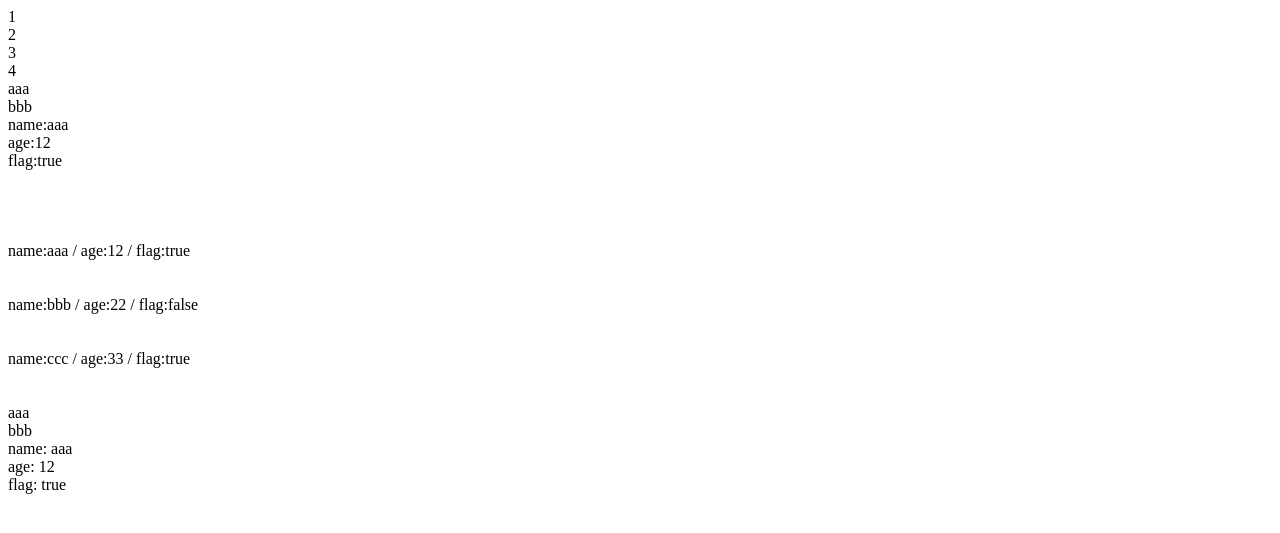
Repository: HmDol/Spring_study
Page: http://localhost/project1/javascript.jsp
An editor plug-in stored every save of this project. The page is shown before and after a run of saves, followed by the edit.
The browser window is 1280 px wide. The pictures show the whole page.
The page is served by Tomcat 10. Other server files are loaded and not shown.

Above is the page before, as saved 2023-09-06 01:23:41.

### project1/src/main/webapp/javascript.jsp
<%@ page language="java" contentType="text/html; charset=EUC-KR"
    pageEncoding="EUC-KR"%>
<!DOCTYPE html>
<html>
<head>
<meta charset="EUC-KR">
<title>Insert title here</title>
</head>
<body>

<script>
let arr = [1,2,3];
arr[3] = 4;

for(i=0;i<arr.length;i++){
	document.write(arr[i]+"<br/>");
}

let arr2 = new Array();
arr2[0] = "aaa";
arr2[1] = "bbb";

for(i=0;i<arr2.length;i++){
	document.write(arr2[i]+"<br/>");
}

let obj = {"name":"aaa", "age":12, "flag":true};
document.write("name:"+obj.name+"<br/>");
document.write("age:"+obj.age+"<br/>");
document.write("flag:"+obj.flag+"<br/>");

let arr3 = [{"name":"aaa", "age":12, "flag":true},
	{"name":"bbb", "age":22, "flag":false},
	{"name":"ccc", "age":33, "flag":true}];
	document.write("<br/><br/><br/><br/>");
for(i=0; i<arr3.length;i++){
	document.write("name:"+arr3[i].name+" / ");
	document.write("age:"+arr3[i].age+" / ");
	document.write("flag:"+arr3[i].flag);
	document.write("</br></br></br>");
}

for(let s of arr2){ // 값을 꺼내옴
	document.write(s+"</br>");
}

for(let a in obj){ // 맴버변수슬 하나씩 꺼내서 씀
	document.write(a+": "+ obj[a]+"</br>");
}
</script>

</body>
</html>

After the next 2 saves:
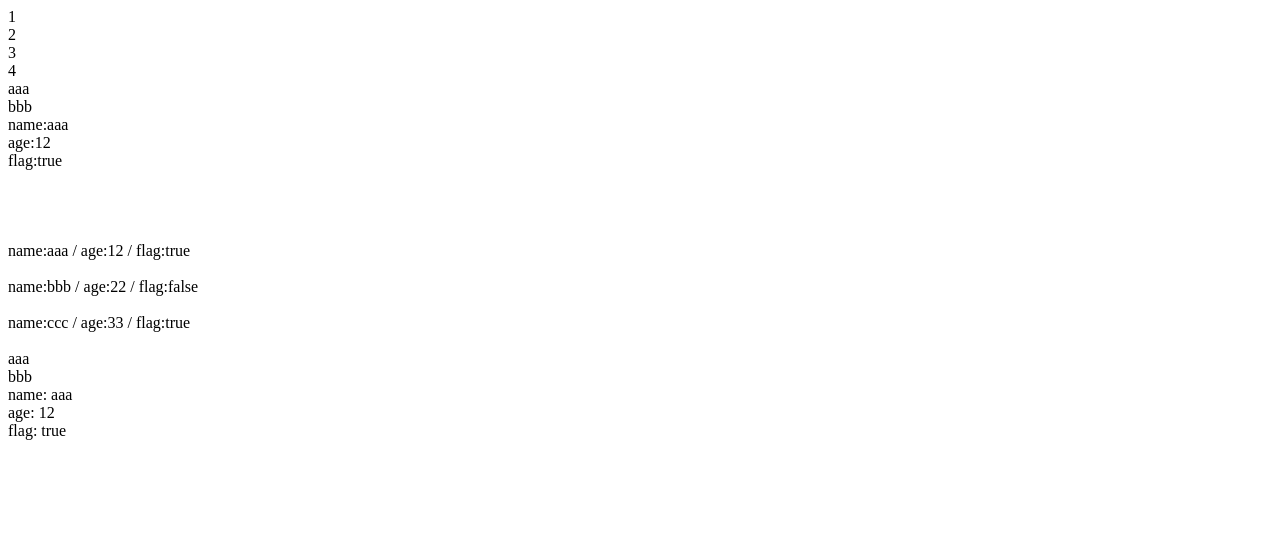
The 2 saves are shown as one change because they came seconds apart.
The last was saved 11 s later.
--- a/project1/src/main/webapp/javascript.jsp
+++ b/project1/src/main/webapp/javascript.jsp
@@ -37,7 +37,7 @@ for(i=0; i<arr3.length;i++){
 	document.write("name:"+arr3[i].name+" / ");
 	document.write("age:"+arr3[i].age+" / ");
 	document.write("flag:"+arr3[i].flag);
-	document.write("</br></br></br>");
+	document.write("</br></br>	");
 }
 
 for(let s of arr2){ // 값을 꺼내옴
